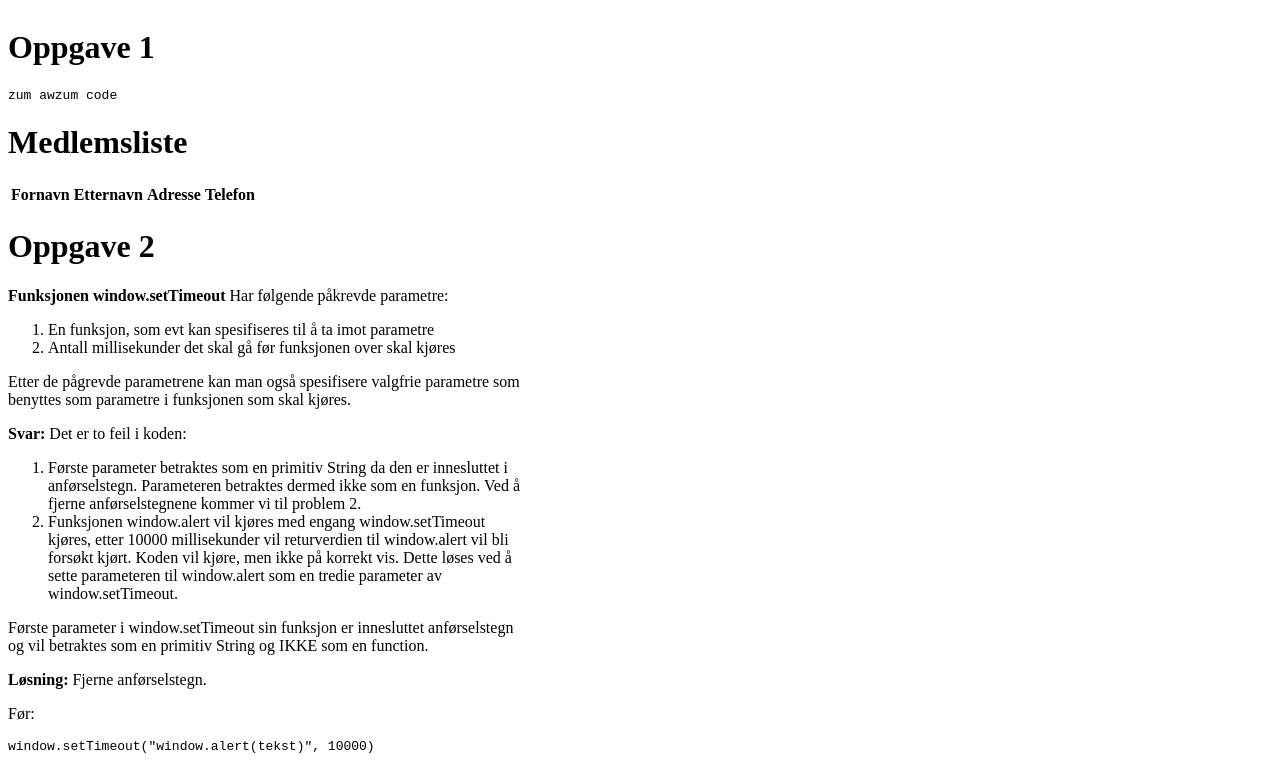
Repository: superdids/DAT152
Page: Oblig1/WebContent/index.html
The author's editor kept a copy of each file at every save. The page is drawn from the files as they stood at one save, then again after the next save.
The browser window is 1280 px wide. The pictures show the whole page.

Above is the page before, as saved 2015-09-05 21:59:01.

After the next save:
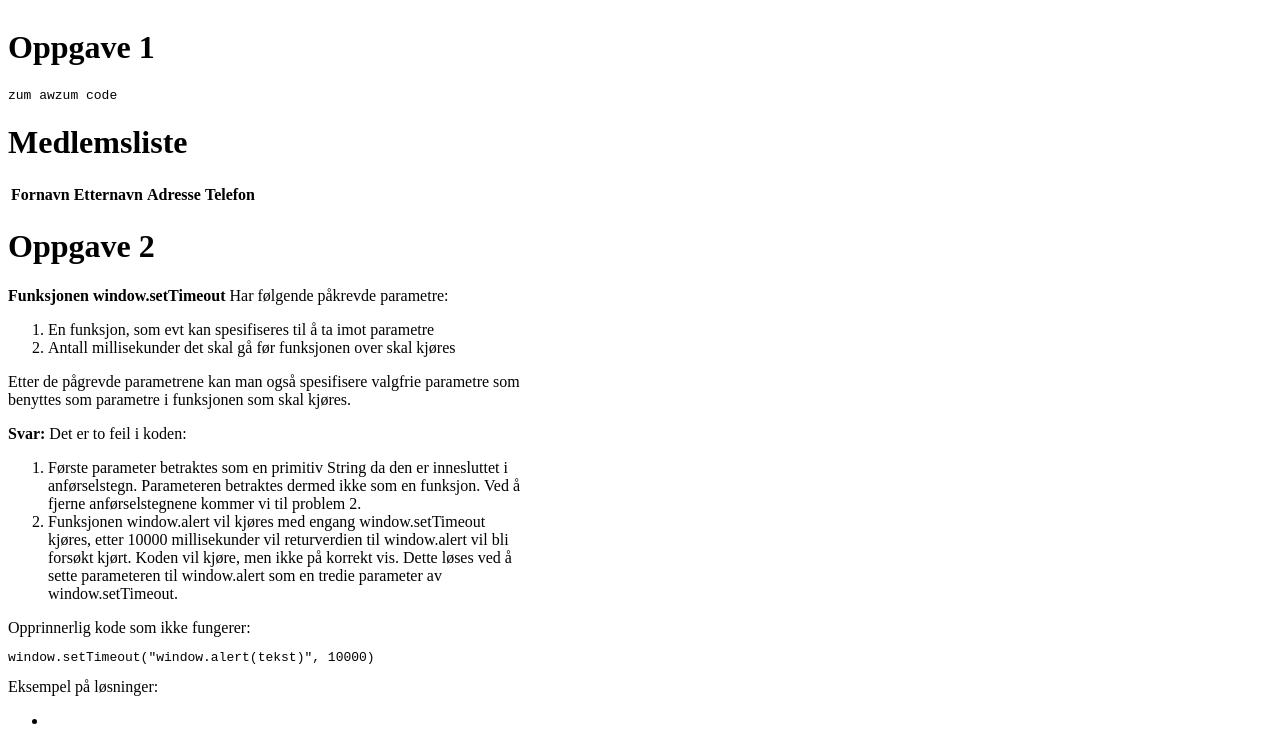
Saved 57 s later.
--- a/Oblig1/WebContent/index.html
+++ b/Oblig1/WebContent/index.html
@@ -44,13 +44,14 @@ vil bli forsøkt kjørt. Koden vil kjøre, men ikke på korrekt vis.
 Dette løses ved å sette parameteren til window.alert som en tredie parameter
 av window.setTimeout. </li>
 </ol>
+Opprinnerlig kode som ikke fungerer:
+<pre>window.setTimeout("window.alert(tekst)", 10000)</pre>
+Eksempel på løsninger:
+<ul>
+<li></li>
 
-Første parameter i window.setTimeout sin funksjon er innesluttet
-anførselstegn og vil betraktes som en primitiv String og IKKE som en function.
+</ul>
 
-<p><b>Løsning: </b>Fjerne anførselstegn.
-<p>Før: </p>
-<pre>window.setTimeout("window.alert(tekst)", 10000)</pre>
 
 </body>
 </html>
